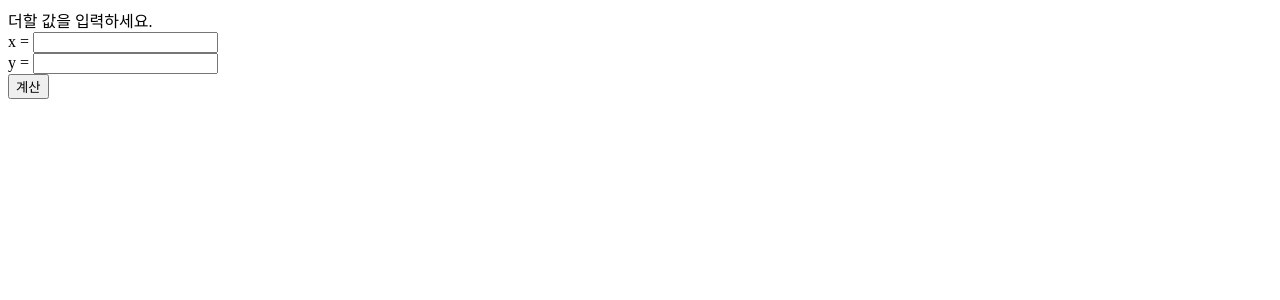
Repository: jocod98/servlet-jsp
Page: JSPPrj/src/main/webapps/add.html
The author's editor kept a copy of each file at every save. The page is drawn from the files as they stood at one save, then again after the next save.
The browser window is 1280 px wide. The pictures show the whole page.

Above is the page before, as saved 2023-01-10 06:10:45.

### JSPPrj/src/main/webapps/add.html
<!DOCTYPE html>
<html>
<head>
<meta charset="UTF-8">
<title>Insert title here</title>
</head>
<body>
<div>
	<form action = "add">
	<div>
	<label>더할 값을 입력하세요.</label>
	</div>
	<div>
		<label>x = </label><input type ="text" name = "x" />
	</div>
	<div>
		<label>y  = </label><input type ="text" name = "y" />
	</div>
	<div>
		<input type = "submit" value ="계산"/>
	</div>
	</form>
</div>
</body>
</html>

After the next save:
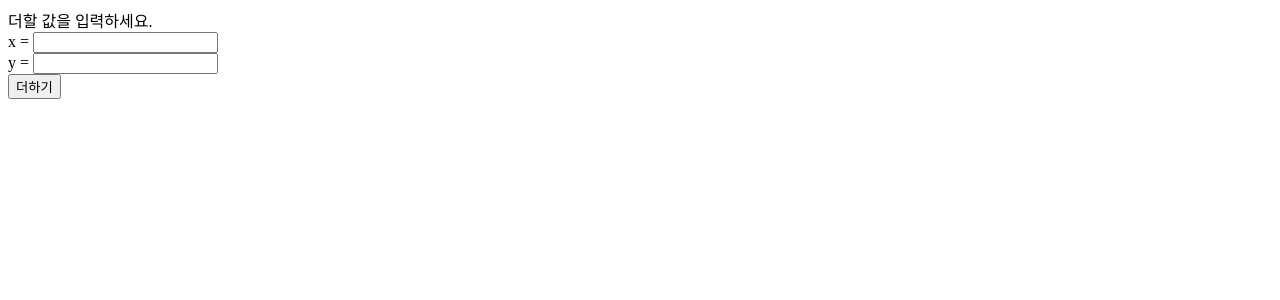
Saved 25 s later.
--- a/JSPPrj/src/main/webapps/add.html
+++ b/JSPPrj/src/main/webapps/add.html
@@ -17,7 +17,7 @@
 		<label>y  = </label><input type ="text" name = "y" />
 	</div>
 	<div>
-		<input type = "submit" value ="계산"/>
+		<input type = "submit" value ="더하기"/>
 	</div>
 	</form>
 </div>
